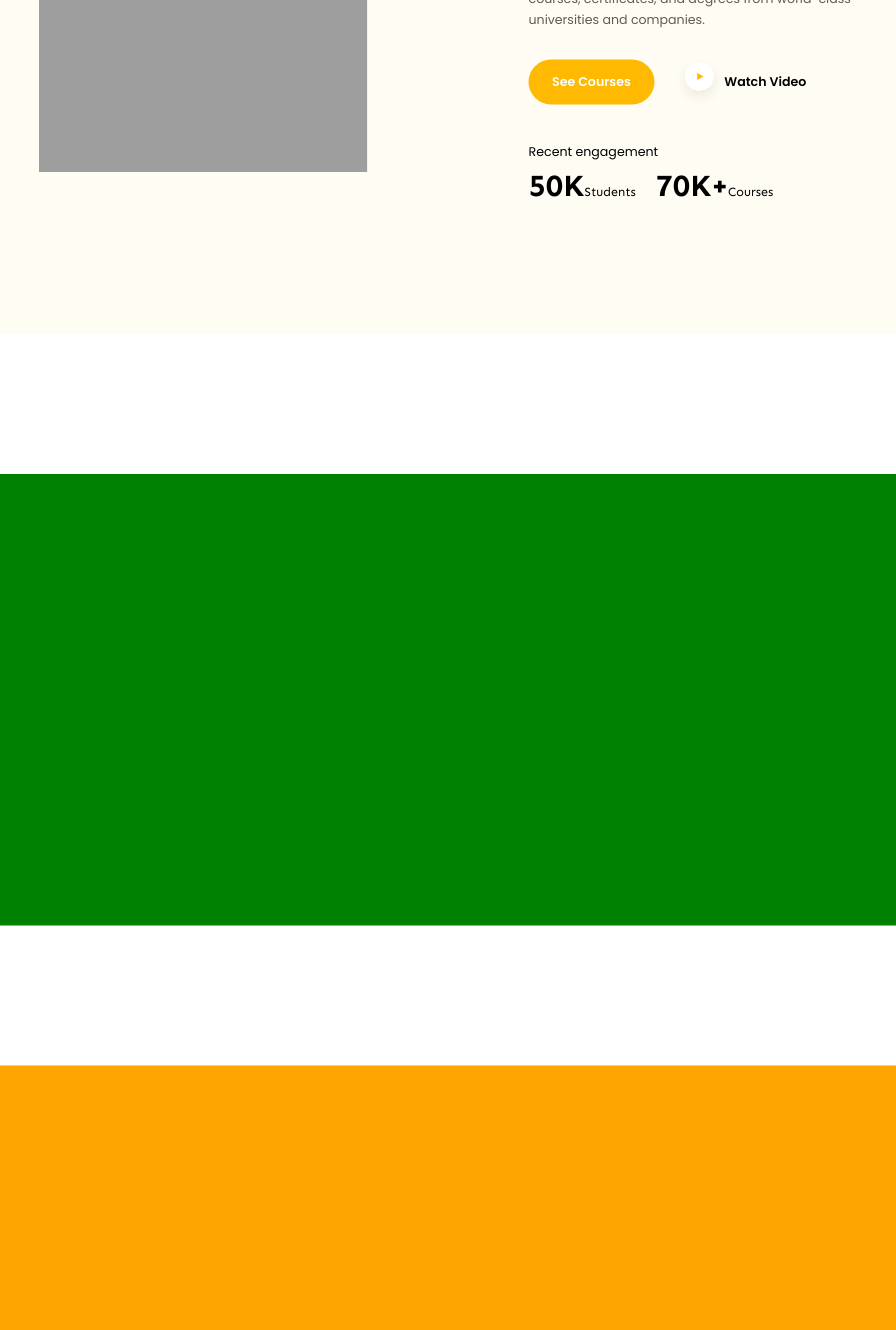
Repository: kauittt/LTWEB
Page: index.html
The author's editor kept a copy of each file at every save. The page is drawn from the files as they stood at one save, then again after the next save.
The browser window is 1280 px wide. The pictures show the part of the page from y = 423 to 2323 px (the page is 4909 px tall), at 70% of full size.
Pictures or frames that could not be fetched are drawn as grey boxes.

Above is the page before, as saved 2023-01-18 13:21:41.

After the next save:
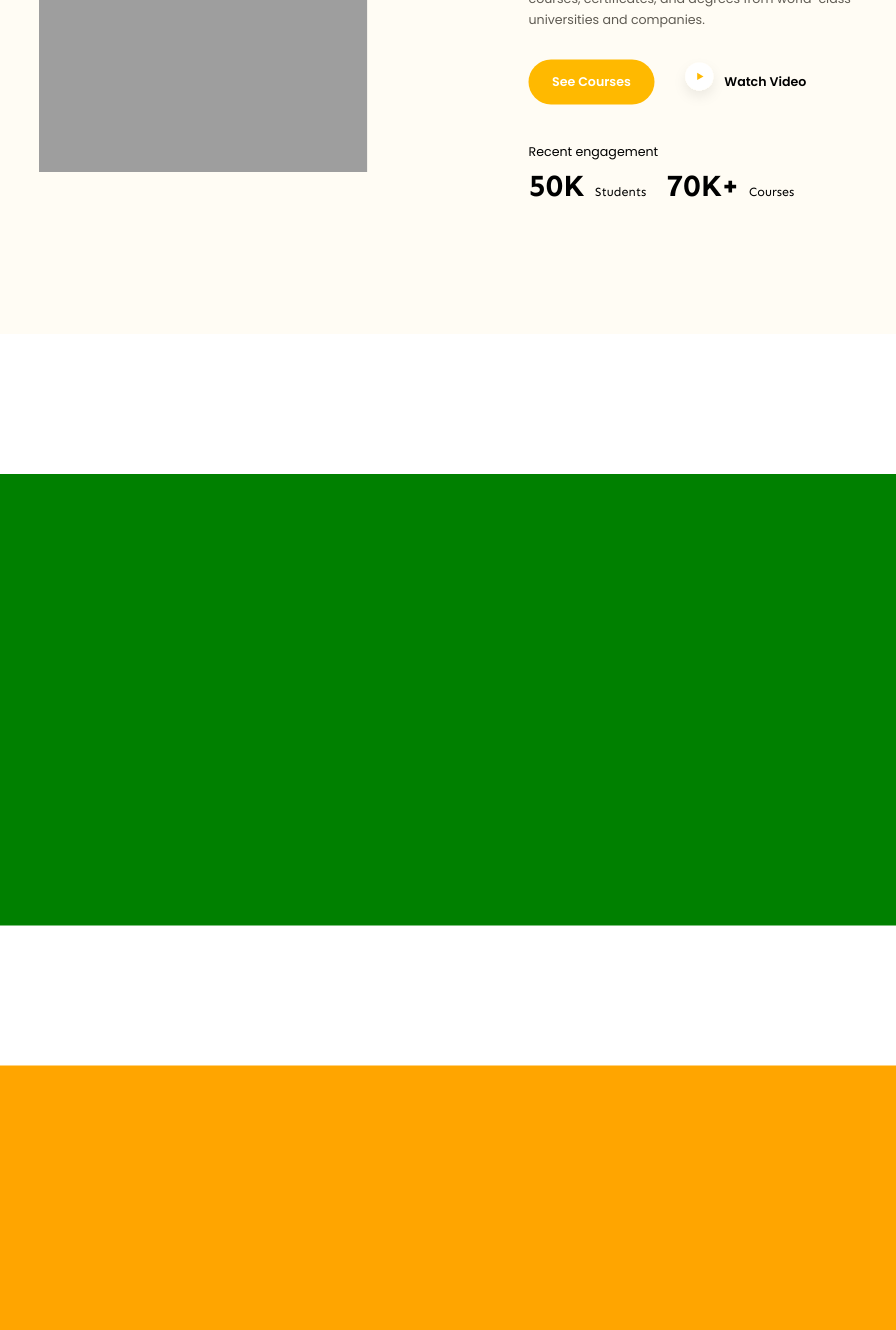
Saved 6 s later.
--- a/assets/css/styles.css
+++ b/assets/css/styles.css
@@ -169,6 +169,7 @@ body {
     font-weight: 700;
     font-size: 4.4rem;
     line-height: 1.23;
+    margin-right: 15px;
 }
 
 /*! COURSES */
